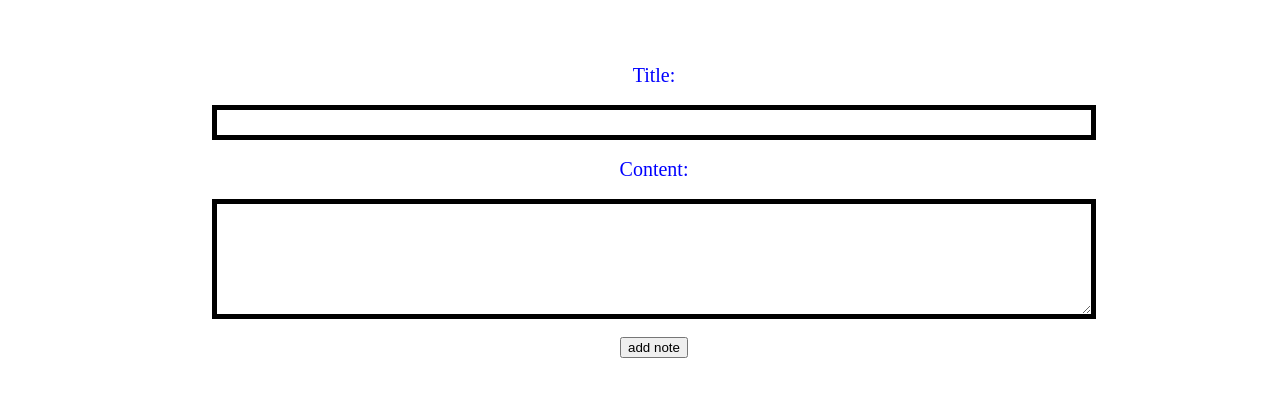
Repository: gabe126679/todo-list
Page: index.html
These files come from the project's save history. The page is drawn as it stood at one moment and after the next save; the edit follows.
The browser window is 1280 px wide. The page is 1288 px wide, so the pictures cover 1288 px, including what lies to the right of the window. The pictures show the whole page.

Above is the page before, as saved 2022-03-15 16:29:57.
Console error: TypeError: Cannot read properties of null (reading 'map')

### index.html
<html>

    <body>
        <div class="container">
            <form id="note-form">
                <label for="title"> Title: </label>
                    <br>
                    <br>
                <input type="text" id="title">
                    <br>
                    <br>
                <label for="content"> Content: </label>
                    <br>
                    <br>
                <textarea id="content"></textarea>
                    <br>
                    <br>
                <button type="submit">add note </button>
            </form>
        </div>
        <br>
    </body>
    <style>
        .container {
            margin: 12px;
            padding: 2px;
            text-align: center;
            position: relative;
            top: 50px;
            width: 100%;
        }
        label {
            color: blue;
            font-size: 20px;
        }
        #title {
            width: 70%;
            border: 5px solid #000;
            padding: 5px;
            text-align: center;
        }
        #content {
            width: 70%;
            height: 120px;
            border: 5px solid #000;
            padding: 5px;
            text-align: center;
        }
    </style>
    <script>

        let notes = [];
        let newTitles = [];
        let newContent = [];

        const title = document.getElementById("title");
        const content = document.getElementById("content");

        const storedNotes = JSON.parse(localStorage.getItem("notes"));

        storedNotes.map(note => {
            notes.push(note);
        })

        if (storedNotes.length > 10) {
                storedNotes.map(note => {
                    const noteTitle = document.createElement("h3");
                    noteTitle.innerText = note.title;
                    const noteContent = document.createElement("p");
                    noteContent.innerText = note.content;

                    document.body.appendChild(noteTitle);
                    document.body.appendChild(noteContent);
                })
        }
        console.log(storedNotes)

        const myFunction = (e) => {
            e.preventDefault();

            if (!newTitles.includes(title.value) && !newContent.includes(content.value)) {

                const noteTitle = document.createElement("h3");
                noteTitle.innerText = title.value;
                const noteContent = document.createElement("p");
                noteContent.innerText = content.value;

                document.body.appendChild(noteTitle);
                document.body.appendChild(noteContent);

                newTitles.push(title.value);
                newContent.push(content.value);

                const note = {
                    title: title.value,
                    content: content.value
                }

                notes.push(note);

                localStorage.setItem("notes", JSON.stringify(notes));
            }

            title.value = "";
            content.value = "";
        }





        const form = document.getElementById('note-form');
        form.addEventListener('submit', myFunction);

    </script>

</html>

After the next save:
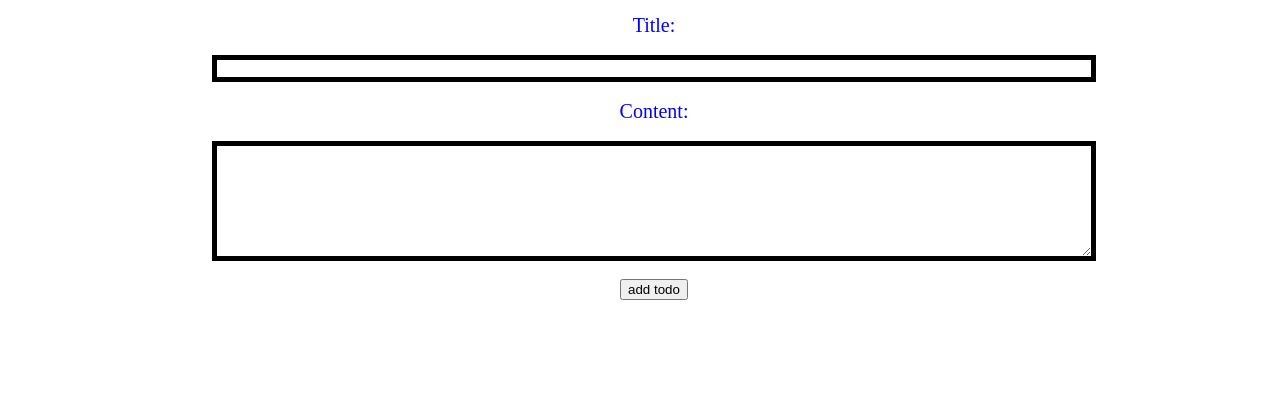
The error is gone.
Saved 2 min 5 s later.
--- a/index.html
+++ b/index.html
@@ -1,4 +1,4 @@
-<html>
+<!-- <html>
 
     <body>
         <div class="container">
@@ -114,4 +114,81 @@
 
     </script>
 
+</html> -->
+
+<html>
+    <body>
+        <div class="container">
+            <form id="todo-form">
+                <label for="title"> Title: </label>
+                    <br>
+                    <br>
+                <input id="title">
+                    <br>
+                    <br>
+                <label for="content"> Content: </label>
+                    <br>
+                    <br>
+                <textarea id="content">
+
+                </textarea>
+                    <br>
+                    <br>
+                <button type="submit"> add todo
+                </button>
+            </form>
+        </div>
+    </body>
+    <style>
+        .container {
+            margin: 12px;
+            padding: 2px;
+            text-align: center;
+            position: relatve;
+            width: 100%;
+        }
+        label {
+            color: blue;
+            font-size: 20px;
+        }
+        #title {
+            width: 70%;
+            border: 5px solid #000;
+            text-align: center;
+        }
+        #content {
+            width: 70%;
+            border: 5px solid #000;
+            text-align: center;
+            height: 120px;
+        }
+    </style>
+    <script>
+
+        const title = document.getElementById('title');
+        const content = document.getElementById('content');
+
+        const formFunction = (e) => {
+            e.preventDefault();
+
+                const todoTitle = document.createElement("h3");
+                todoTitle.innerText = title.value;
+                const todoContent = document.createElement("p");
+                todoContent.innerText = content.value;
+
+                document.body.appendChild(todoTitle);
+                document.body.appendChild(todoContent);
+
+                newTitles.push(title.value);
+                newContent.push(content.value);
+
+
+            title.value = "";
+            content.value = "";
+        }
+
+
+        const form = document.getElementById("todo-form")
+        form.addEventListener("submit", formFunction)
+    </script>
 </html>
